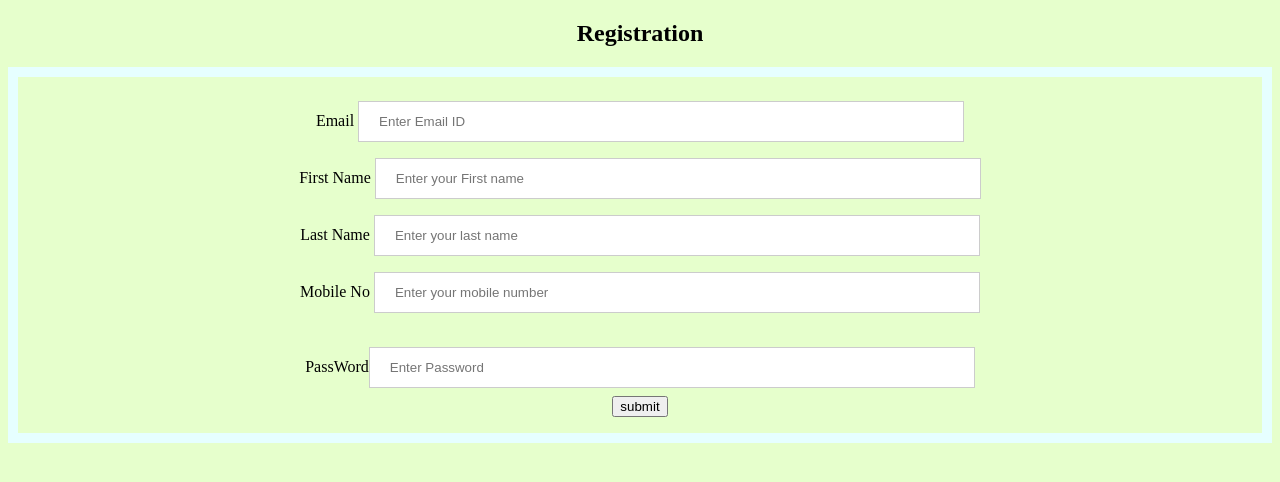
Repository: jagdishpatil18/JavaAdv
Page: Login_App/WebContent/signup.html
These files come from the project's save history. The page is drawn as it stood at one moment and after the next save; the edit follows.
The browser window is 1280 px wide. The pictures show the whole page.

Above is the page before, as saved 2017-04-27 10:45:56.

After the next save:
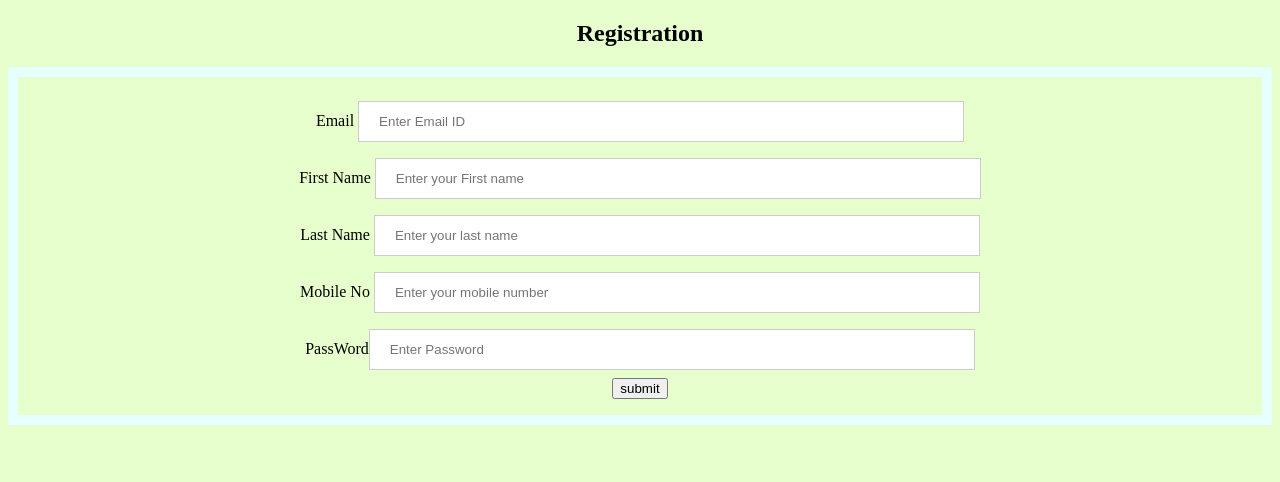
Saved 34 s later.
--- a/Login_App/WebContent/signup.html
+++ b/Login_App/WebContent/signup.html
@@ -37,7 +37,7 @@ input[type=text], input[type=password] {
 					placeholder="Enter your last name" name="lastname"><br></label>
 				<label>Mobile No <input type="text"
 					placeholder="Enter your mobile number" name="mobileno""><br></label>
-					<br><label>PassWord<input type="password" placeholder="Enter Password" name="password"> </label>
+					<label>PassWord<input type="password" placeholder="Enter Password" name="password"> </label>
 			<br><input type="submit" value="submit">
 			</center>
 		</div>
